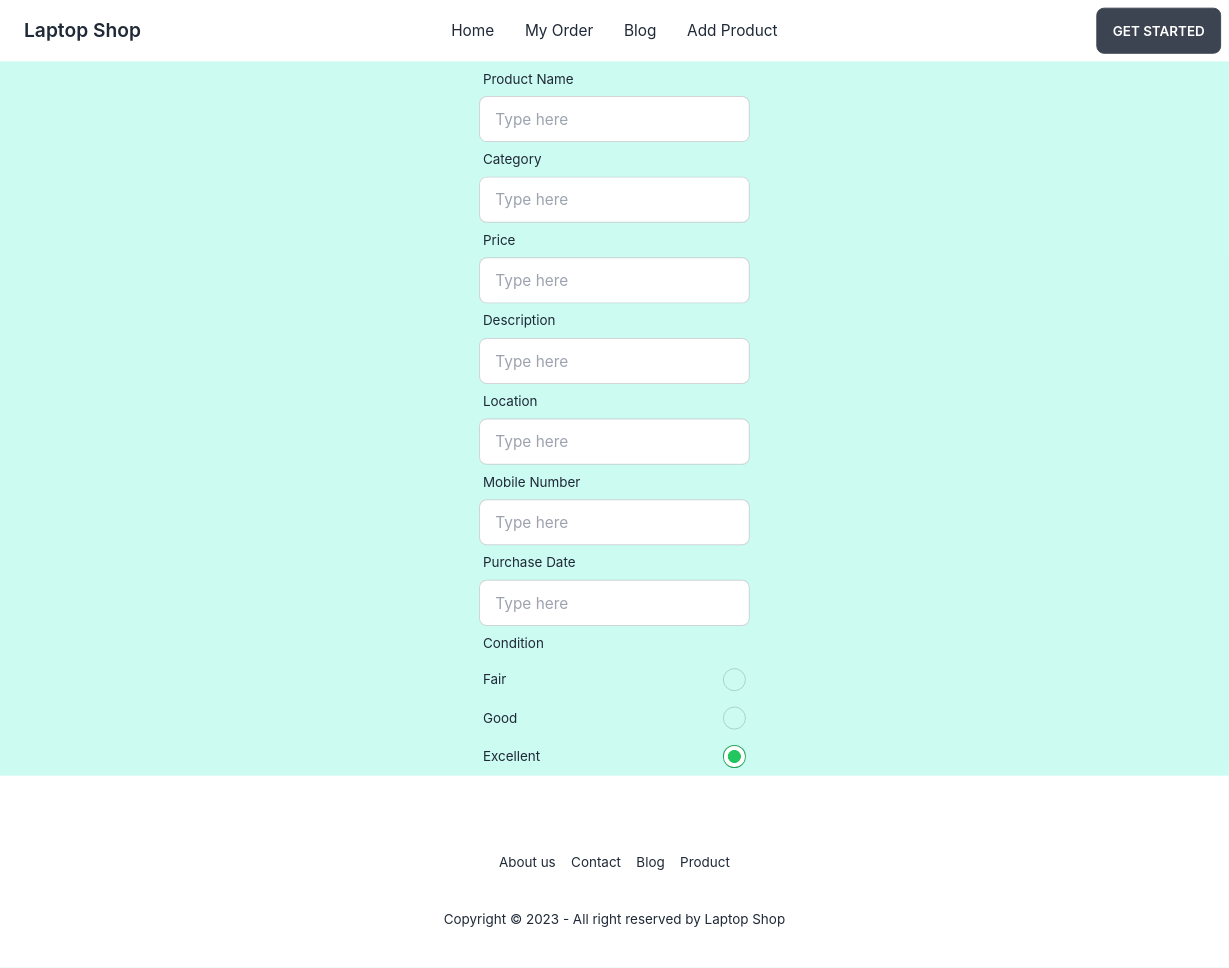
Repository: mdsajib50/E-commerce
Page: /add-product
These files come from the project's save history. The page is drawn as it stood at one moment and after a run of saves; the edit follows.
The browser window is 1280 px wide. The pictures show the whole page, at 96% of full size.
The project was rebuilt for these pictures with package versions that can differ from the ones it lists, and the page was loaded fresh each time. Also part of the build but not shown: src/Pages/Home/Banner/Banner.js, src/Pages/Home/Product/ProductCard.js, src/Pages/Home/Product/Product.js, src/Pages/Home/Home/Home.js.

Above is the page before, as saved 2023-01-11 22:52:40.

### src/App.js
import logo from './logo.svg';
import './App.css';
import { RouterProvider } from 'react-router';
import router from './Routes/Router';

function App() {
  return (
    <div className="App">
        <RouterProvider router={router}></RouterProvider>
    </div>
  );
}

export default App;

### src/Routes/Router.js
import React from 'react';
import { createBrowserRouter } from 'react-router-dom';
import Main from '../Layout/Main/Main';
import AddProduct from '../Pages/AddProduct/AddProduct';
import Home from '../Pages/Home/Home/Home';

const router = createBrowserRouter([
    {
        path: '/',
        element: <Main></Main>,
        children:[
            {
                path:'/',
                element:<Home></Home>
            },
            {
                path:'/home',
                element:<Home></Home>
            },
            {
                path: '/add-product',
                element: <AddProduct></AddProduct>
            }
        ]
    }
])

export default router;

### src/Layout/Main/Main.js
import React from 'react';
import { Outlet } from 'react-router';
import Footer from '../../Pages/Shared/Footer/Footer';
import Header from '../../Pages/Shared/Header/Header';

const Main = () => {
    return (
        <div>
            <Header></Header>
            <Outlet></Outlet>
            <Footer></Footer>
        </div>
    );
};

export default Main;

### src/Pages/AddProduct/AddProduct.js
import React from 'react';

const AddProduct = () => {
    return (
        <div className=''>
           <div className='flex mx-auto text-center justify-center bg-teal-100'>
                <form>
                    <div className="form-control">
                        <label className="label">
                            <span className="label-text">Product Name</span>
                        </label>
                        <input type="text" name='product_name' placeholder="Type here" className="input input-bordered" />
                    </div>
                    <div className="form-control w-full max-w-xs">
                        <label className="label">
                            <span className="label-text">Category</span>
                        </label>
                        <input type="text" name='category' placeholder="Type here" className="input input-bordered w-full max-w-xs" />
                    </div>
                    <div className="form-control w-full max-w-xs">
                        <label className="label">
                            <span className="label-text">Price</span>
                        </label>
                        <input type="text" name='price' placeholder="Type here" className="input input-bordered w-full max-w-xs" />
                    </div>
                    <div className="form-control w-full max-w-xs">
                        <label className="label">
                            <span className="label-text">Description</span>
                        </label>
                        <input type="text" name='description' placeholder="Type here" className="input input-bordered w-full max-w-xs" />
                    </div>
                    <div className="form-control w-full max-w-xs">
                        <label className="label">
                            <span className="label-text">Location</span>
                        </label>
                        <input type="text" name='location' placeholder="Type here" className="input input-bordered w-full max-w-xs" />
                    </div>
                    <div className="form-control w-full max-w-xs">
                        <label className="label">
                            <span className="label-text">Mobile Number</span>
                        </label>
                        <input type="text" name='mobile' placeholder="Type here" className="input input-bordered w-full max-w-xs" />
                    </div>
                    <div className="form-control w-full max-w-xs">
                        <label className="label">
                            <span className="label-text">Purchase Date </span>
                        </label>
                        <input type="text" name='date' placeholder="Type here" className="input input-bordered w-full max-w-xs" />
                    </div>
                    <div className="form-control w-full max-w-xs rounded-xl">
                    <label className="label">
                            <span className="label-text">Condition </span>
                        </label>
                        <div className="form-control">
                            <label className="label cursor-pointer">
                                <span className="label-text">Fair</span>
                                <input type="radio" value='fair' name="condition" className="radio checked:bg-red-500" checked />
                            </label>
                            </div>
                            <div className="form-control">
                            <label className="label cursor-pointer">
                                <span className="label-text">Good</span>
                                <input type="radio" value='good' name="condition" className="radio checked:bg-blue-500" checked />
                            </label>
                        </div>
                            <div className="form-control">
                            <label className="label cursor-pointer">
                                <span className="label-text">Excellent</span>
                                <input type="radio" value='excellent' name="condition" className="radio checked:bg-green-500" checked />
                            </label>
                        </div>
                    </div>
                    </form>
           </div>
        </div>
    );
};

export default AddProduct;

### src/Pages/Shared/Footer/Footer.js
import React from 'react';

const Footer = () => {
    return (
        <footer className="footer footer-center p-10 text-base-content rounded mt-10">
            <div className="grid grid-flow-col gap-4">
                <a className="link link-hover">About us</a>
                <a className="link link-hover">Contact</a>
                <a className="link link-hover">Blog</a>
                <a className="link link-hover">Product</a>
            </div>
            <div>
                <p>Copyright © 2023 - All right reserved by Laptop Shop</p>
            </div>
</footer>
    );
};

export default Footer;

### src/Pages/Shared/Header/Header.js
import React from 'react';
import { Link } from 'react-router-dom';

const Header = () => {
    return (
        <div className="navbar bg-base-100">
        <div className="navbar-start">
            <div className="dropdown">
            <label tabIndex={0} className="btn btn-ghost lg:hidden">
                <svg xmlns="http://www.w3.org/2000/svg" className="h-5 w-5" fill="none" viewBox="0 0 24 24" stroke="currentColor"><path strokeLinecap="round" strokeLinejoin="round" strokeWidth="2" d="M4 6h16M4 12h8m-8 6h16" /></svg>
            </label>
            <ul tabIndex={0} className="menu menu-compact dropdown-content mt-3 p-2 shadow bg-base-100 rounded-box w-52">
                <li><Link to='/home'>Home</Link></li>
                <li><Link to='/myorder'>My Order</Link></li>
                <li><Link to='/blog'>Blog</Link></li>
                <li><Link to='/add-product'>Add A Product</Link></li>
            </ul>
            </div>
            <a className="btn btn-ghost normal-case text-xl">Laptop Shop</a>
        </div>
        <div className="navbar-center hidden lg:flex">
            <ul className="menu menu-horizontal px-1">
                <li><Link to='/home'>Home</Link></li>
                <li><Link to='/myorder'>My Order</Link></li>
                <li><Link to='/blog'>Blog</Link></li>
                <li><Link to='/add-product'>Add Product</Link></li>
            </ul>
        </div>
        <div className="navbar-end">
            <a className="btn">Get started</a>
        </div>
</div>
    );
};

export default Header;

Loaded but not shown: src/index.js (common file); src/index.css (common file); src/reportWebVitals.js (common file); src/App.css (common file); tailwind.config.js (common file)

After the next 3 saves:
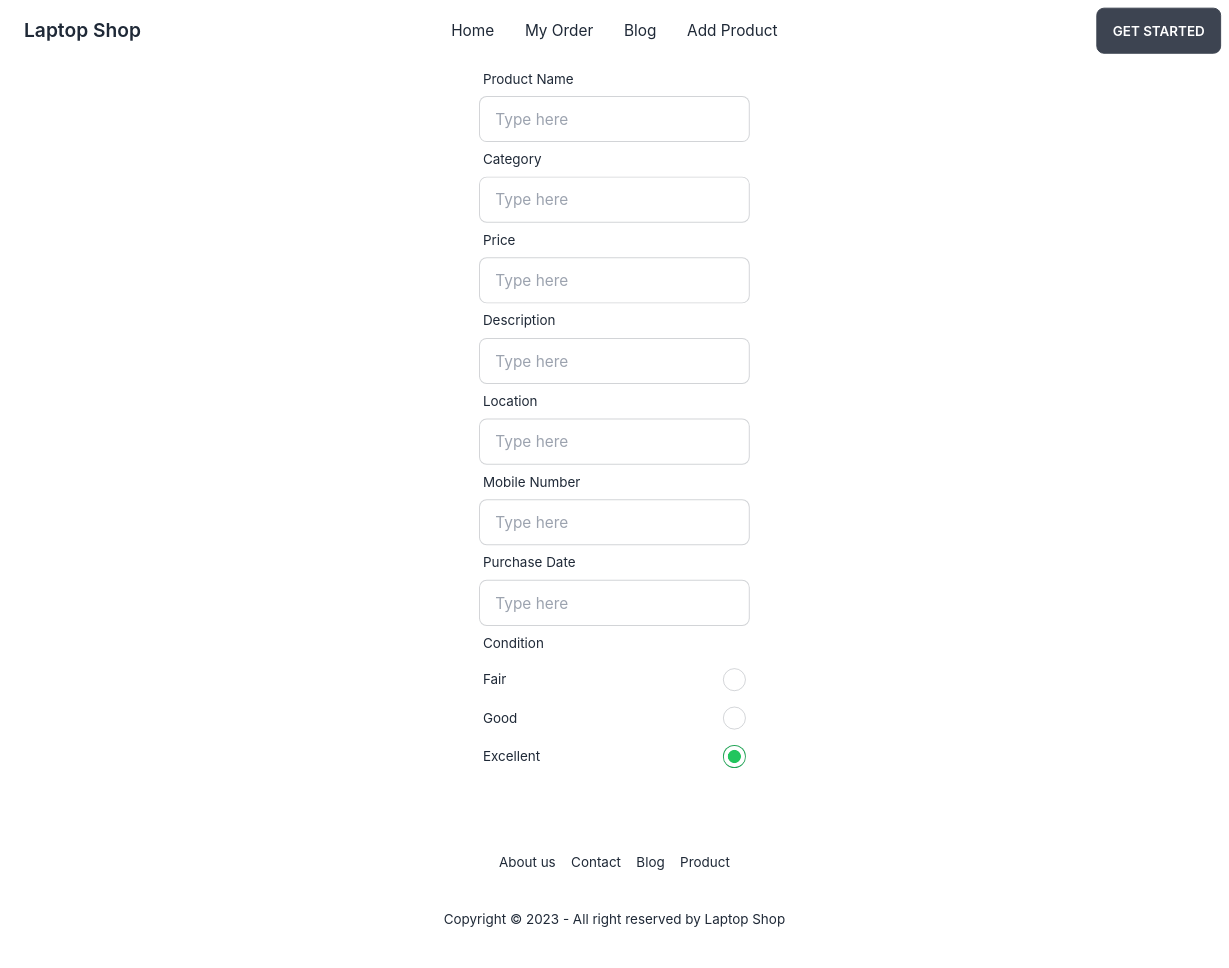
The 3 saves are shown as one change because they came seconds apart.
The last was saved 25 s later.
--- a/src/Pages/AddProduct/AddProduct.js
+++ b/src/Pages/AddProduct/AddProduct.js
@@ -3,7 +3,7 @@ import React from 'react';
 const AddProduct = () => {
     return (
         <div className=''>
-           <div className='flex mx-auto text-center justify-center bg-teal-100'>
+           <div className='flex mx-auto text-center justify-center'>
                 <form>
                     <div className="form-control">
                         <label className="label">
